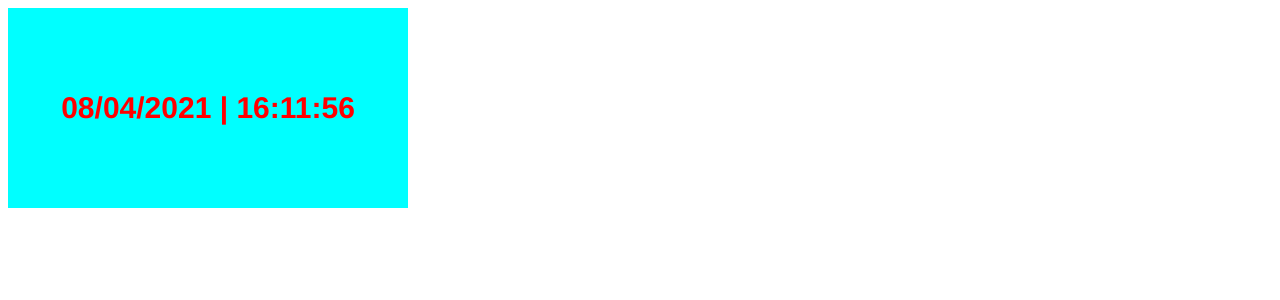
Repository: Widzisz/zadania-JavaScript
Page: www/index.html
These files come from the project's save history. The page is drawn as it stood at one moment and after the next save; the edit follows.
The browser window is 1280 px wide. The pictures show the whole page.

Above is the page before, as saved 2021-04-08 18:38:56.

### www/index.html
<!DOCTYPE HTML>
<html lang="pl">

<head>
	<meta charset="utf-8" />
	<link rel="stylesheet" href="main.css">
	<title>Odliczanie czasu</title>

	<script type="text/javascript" src="timer.js">
	</script>

</head>

<body onload="timer()">

	<div class="container">
		<div id="zegar"></div>
	</div>

	<script type="text/javascript">
	</script>

</body>

</html>

### www/main.css
.container {
  display: flex;
  justify-content: center;
  align-items: center;
  height: 200px;
  width: 400px;
  background-color: aqua;
  font-size: 20px;
}

#zegar {
    font-family: 'Franklin Gothic Medium', 'Arial Narrow', Arial, sans-serif;
    font-size: 1.5em;
    font-weight: bold;
    color: red;
    animation-name: name;
    animation-duration: 4s;
    animation: infinite;

}

@keyframes name {
    0% { color: rgb(143, 76, 230); }
    50% { color: rgb(75, 180, 81); }
    100% { color: red; }
  }

### www/timer.js







function timer() {
	let today = new Date();

	let day = today.getDate();
	if (day < 10) {
		day = "0" + day;
	}
	let month = today.getMonth() + 1;
	if (month < 10) {
		month = "0" + month;
	}
	let year = today.getFullYear();

	let hours = today.getHours();
	if (hours < 10) {
		hours = "0" + hours;
	}
	let minutes = today.getMinutes();
	if (minutes < 10) {
		minutes = "0" + minutes;
	}
	let seconds = today.getSeconds();
	if (seconds < 10) {
		seconds = "0" + seconds;
	}

	document.getElementById("zegar").innerHTML = day + "/" + month + "/" + year
		+ " " + "|" + " " + hours + ":" + minutes + ":" + seconds;

	setTimeout("timer()", 1000);
}


























































// function odliczanie() {
// 	var dzisiaj = new Date();

// 	var dzien = dzisiaj.getDate();
// 	var miesiac = dzisiaj.getMonth() + 1;
// 	var rok = dzisiaj.getFullYear();

// 	var godzina = dzisiaj.getHours();
// 	if (godzina < 10) godzina = "0" + godzina;

// 	var minuta = dzisiaj.getMinutes();
// 	if (minuta < 10) minuta = "0" + minuta;

// 	var sekunda = dzisiaj.getSeconds();
// 	if (sekunda < 10) sekunda = "0" + sekunda;

// 	document.getElementById("zegar").innerHTML =
// 		dzien + "/" + miesiac + "/" + rok + " | " + godzina + ":" + minuta + ":" + sekunda;

// 	setTimeout("odliczanie()", 1000);
// }

After the next save:
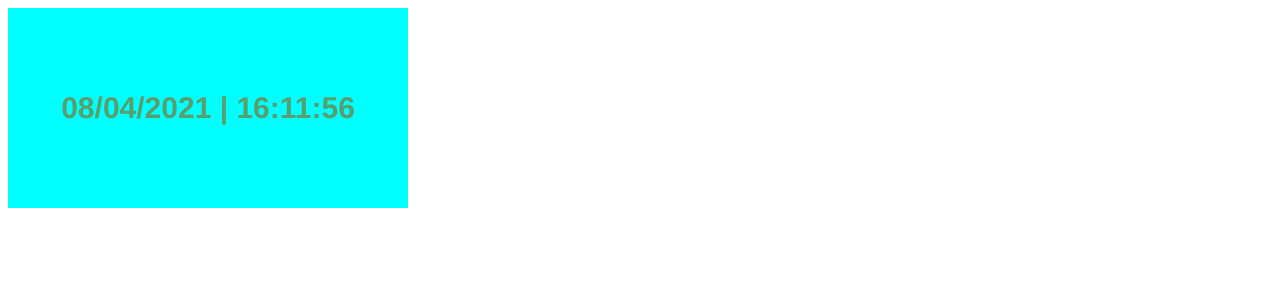
Saved 103 s later.
--- a/www/main.css
+++ b/www/main.css
@@ -15,7 +15,7 @@
     color: red;
     animation-name: name;
     animation-duration: 4s;
-    animation: infinite;
+    animation-iteration-count: infinite;
 
 }
 
